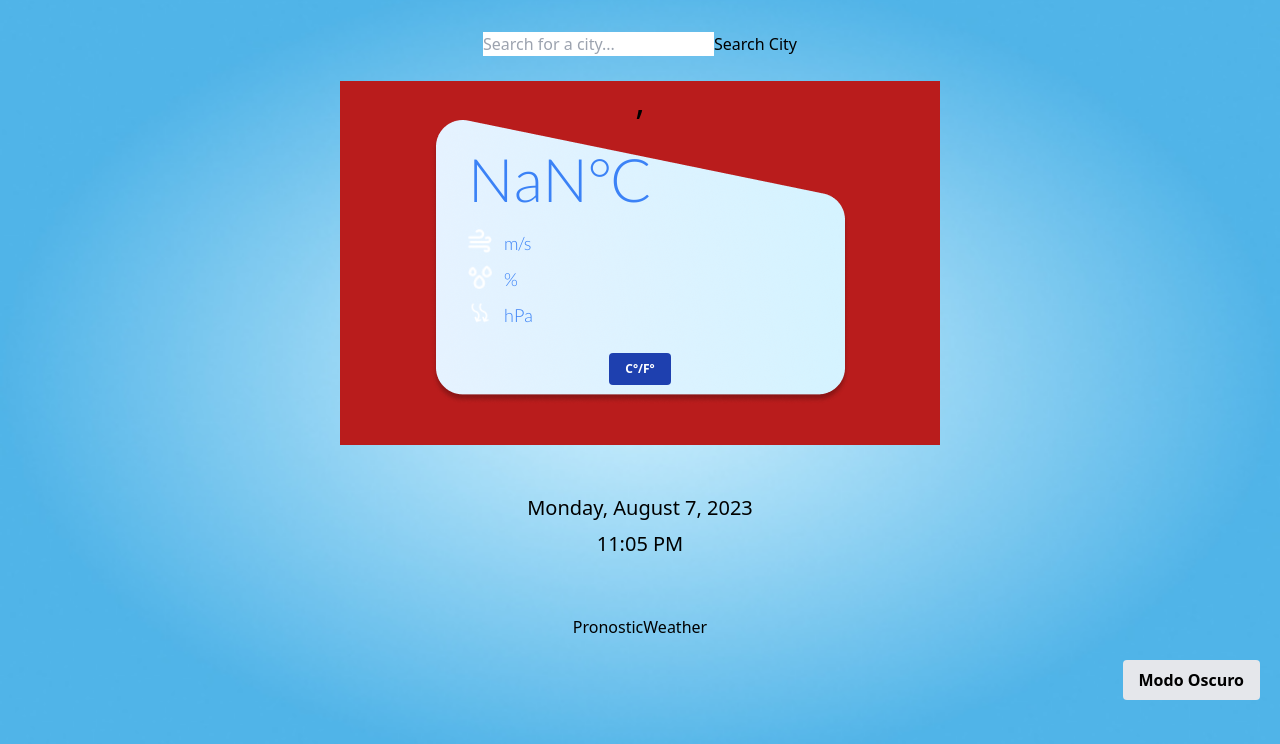
Repository: LukasMoyano/WeatherApp-_-LukasMoyano-_-V-_4.0_6.6.6
Page: /
The author's editor kept a copy of each file at every save. The page is drawn from the files as they stood at one save, then again after the next save.
The browser window is 1280 px wide. The pictures show the whole page.
The page's requests for data from a server got no answer. The project was rebuilt for these pictures with package versions that can differ from the ones it lists, and the page was loaded fresh each time. No one was signed in, and anything a server would have sent is missing. Also part of the build but not shown: vite.config.js.

Above is the page before, as saved 2023-08-08 01:48:20.

After the next save:
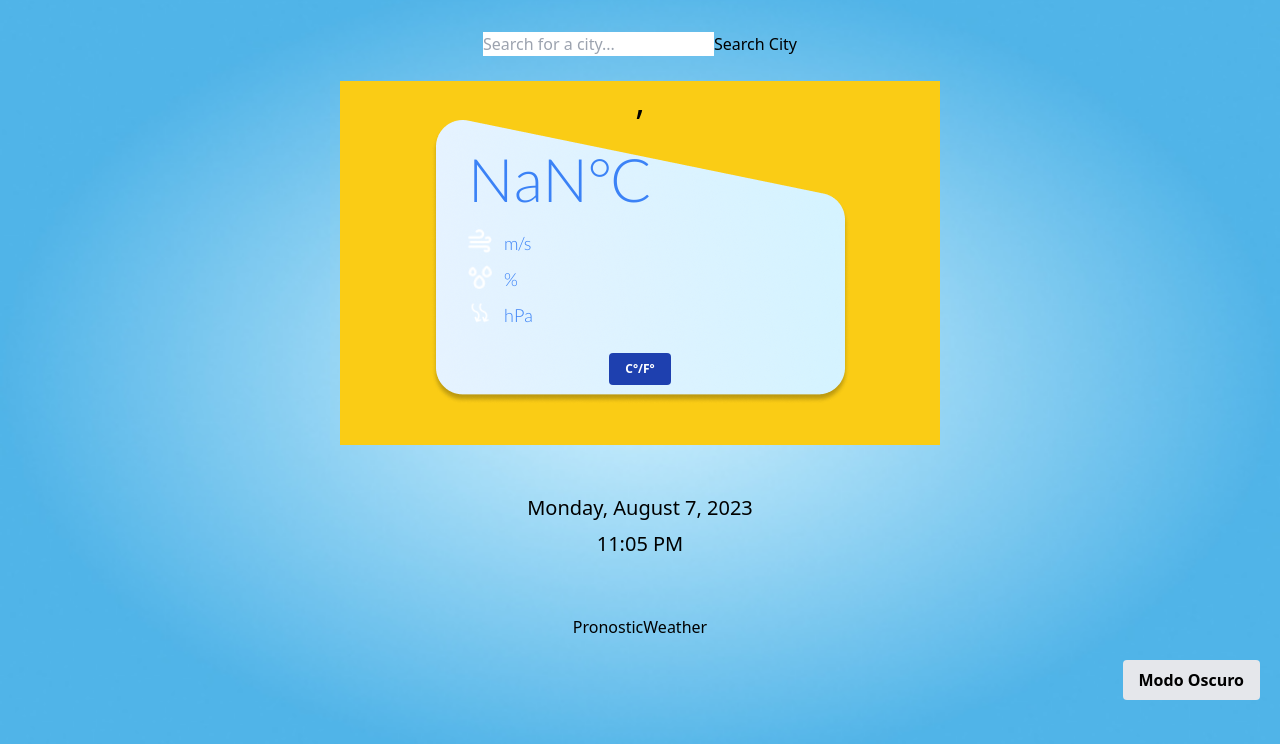
Saved 93 s later.
--- a/src/components/Weather.jsx
+++ b/src/components/Weather.jsx
@@ -39,7 +39,7 @@ const Weather = ({ weatherInfo, isDarkMode }) => {
   return (
     <main className="grid place-items-center max-w-[600px] w-full bg-yellow-400">
       <section
-        className={`bg-red-700 w-full grid grid-rows-[1fr_5fr_1fr] place-items-center relative ${isDarkMode ? " text-white" : " text-black"}`}
+        className={`w-full grid grid-rows-[1fr_5fr_1fr] place-items-center relative ${isDarkMode ? " text-white" : " text-black"}`}
       >
         {/* Nombre de la Ciudad */}
         {/* País */}
